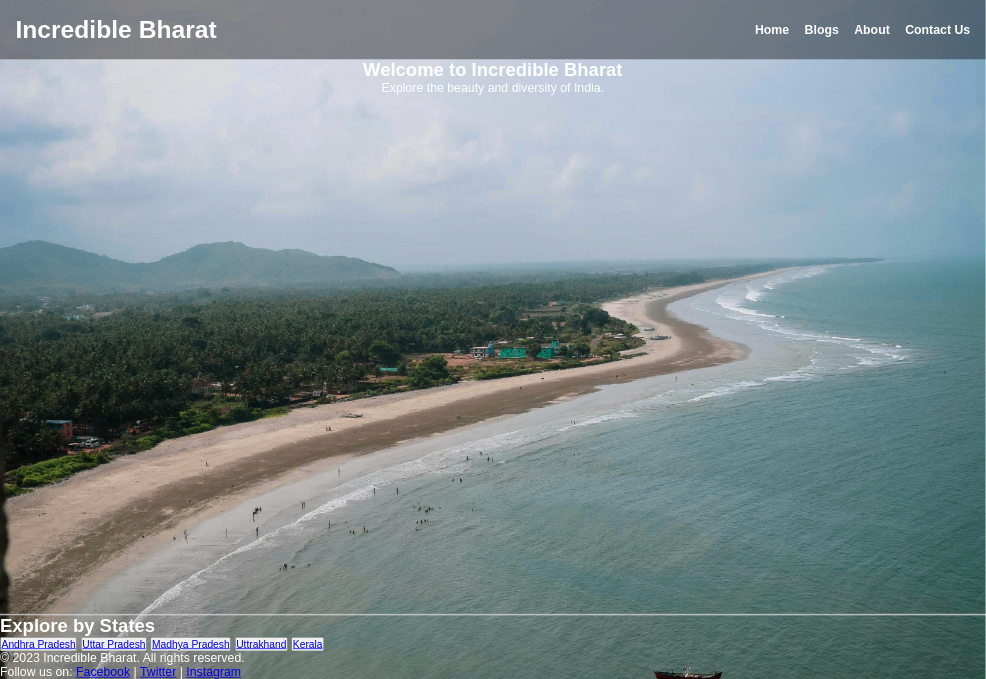
Repository: jaidhiman111/incrediblebharat
Page: index.html
An editor plug-in stored every save of this project. The page is shown before and after the next save, followed by the edit.
The browser window is 1280 px wide. The pictures show the whole page, at 77% of full size.

Above is the page before, as saved 2025-04-30 21:58:55.

### index.html
<!DOCTYPE html>
<html lang="en">
<head>
    <meta charset="UTF-8">
    <link rel="stylesheet" href="/assets/style.css">
    <meta name="viewport" content="width=device-width, initial-scale=1.0">
    <title>Document</title>
</head>
<body>
    <!-- This is the header of the page. -->
    <header class="header">
        <div class="logo">
            <h1>Incredible Bharat</h1>
        </div>
        <div class="nav">
            <nav>
                <ul>
                    <li>
                        <a href="#">Home</a>
                        <a href="#">Blogs</a>
                        <a href="#">About</a>
                        <a href="#">Contact Us</a>
                    </li>
                </ul>
            </nav>
        </div>
    </header>
    <!-- This is the main content of the page. -->
     <main class="main-container">
        <section class="hero-section">
            <h2>Welcome to Incredible Bharat</h2>
            <p>Explore the beauty and diversity of India.</p>
        </section>
        <hr>
        <section class="state-section">
            <h2>Explore by States</h2>
            <button type="button"><a href="#">Andhra Pradesh</a></button>
            <button type="button"><a href="#">Uttar Pradesh</a></button>
            <button type="button"><a href="#">Madhya Pradesh</a></button>
            <button type="button"><a href="#">Uttrakhand</a></button>
            <button type="button"><a href="#">Kerala</a></button>
        </section>
     </main>
     <!-- This is the footer of the page. -->
      <footer class="footer">
        <div>
            <p>&copy; 2023 Incredible Bharat. All rights reserved.</p>
            <p>Follow us on:
                <a href="#">Facebook</a> |
                <a href="#">Twitter</a> |
                <a href="#">Instagram</a>
        </div>
      </footer>
</body>
</html>

### assets/style.css
* {
    box-sizing: border-box;
    margin: 0;
    padding: 0;
}

body {
    font-family: Arial, sans-serif;
    background-image: url('/media/bg-cover.jpg');
    background-size: cover;
    background-repeat: no-repeat;
    background-position: center;
    color: #fff;
}

/* This is for header */
.header {
    background-color: rgba(0, 0, 0, 0.4);
    display: flex;
    justify-content: space-between;
    align-items: center;
    padding: 20px;
    position: sticky;
    text-align: center;
}

li {
    list-style: none;
    display: flex;
    gap: 20px;
}

li a {
    text-decoration: none;
    color: #fff;
    font-weight: bold;
}

a:hover {
    color: #ff6347;
}

/* This is for section */
.hero-section {
    justify-content: center;
    align-items: center;
    height: 100vh;
    text-align: center;
}

After the next save:
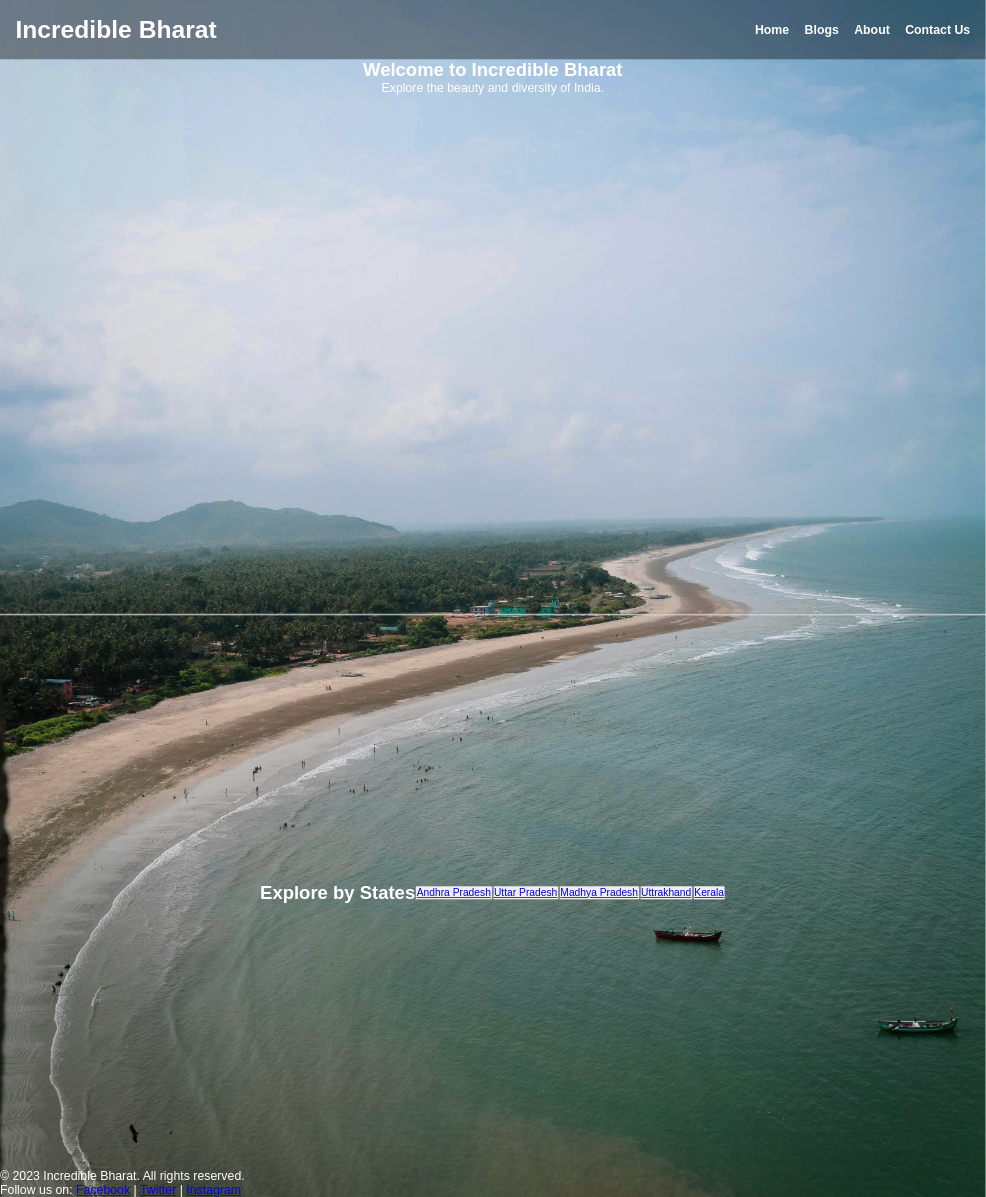
Saved 42 s later.
--- a/assets/style.css
+++ b/assets/style.css
@@ -47,3 +47,11 @@ a:hover {
     height: 100vh;
     text-align: center;
 }
+
+.state-section {
+    display: flex;
+    justify-content: center;
+    align-items: center;
+    height: 100vh;
+    text-align: center;
+}
